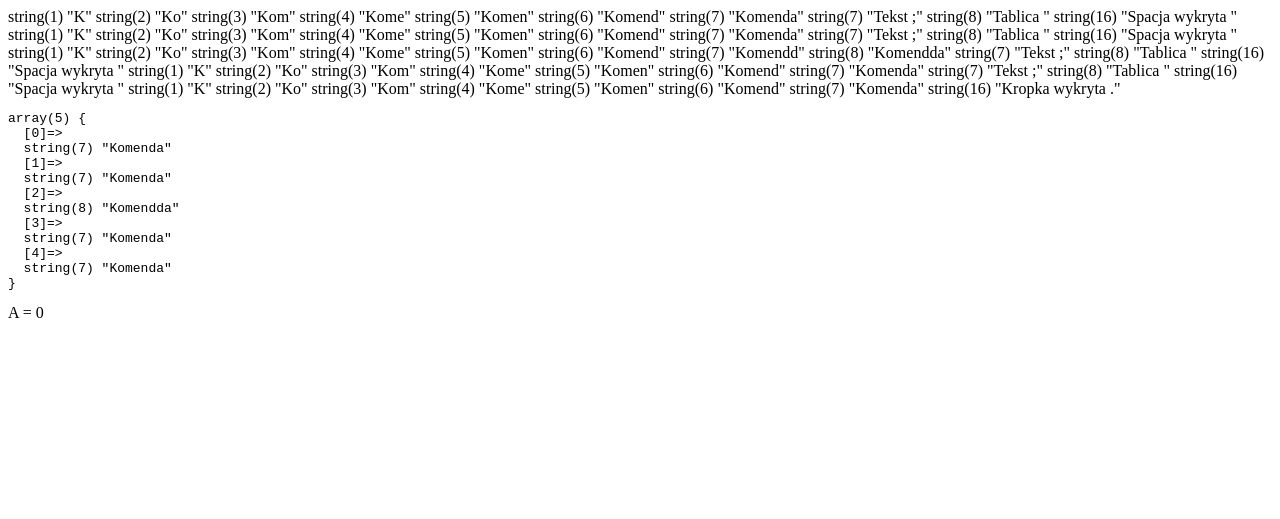
Repository: mahoone/revising_php
Page: http://localhost/Config.php
These files come from the project's save history. The page is drawn as it stood at one moment and after the next save; the edit follows.
The browser window is 1280 px wide. The pictures show the whole page.
The page is run by PHP 8.4 with error messages shown; the project is at /var/www/html/.

Above is the page before, as saved 2020-06-03 08:49:07.

### Config.php
<?php

$tekst = 'Komenda; Komenda; Komendda; Komenda; Komenda. To juz pomojamy.';
$tablica = array(0 => '');
$t = 0;

for($i = 0; $i < strlen($tekst); $i++)
{
   switch($tekst[$i])
   {
        case ' ':
            var_dump('Spacja wykryta '.$tekst[$i]);
            continue 2;
        case '.':
            var_dump('Kropka wykryta '.$tekst[$i]);
            break 2;
        case ';':
            $t++;
            $tablica[$t] = '';
            var_dump('Tekst '.$tekst[$i]);
            var_dump('Tablica '.$tablica[$t]);
            break;
        default:
            $tablica[$t] = $tablica[$t].$tekst[$i];
            var_dump ($tablica[$t]);
   }
}

echo '<pre>';
var_dump($tablica);
echo '</pre>';


$a = 0;


if(isset($a)) {
    echo 'A = 0';
}
elseif($a == 1) {
    echo 'A nie rowna sie 0';
}
else
{
    echo 'a nie rowna sie 1 ani 0';
}

After the next save:
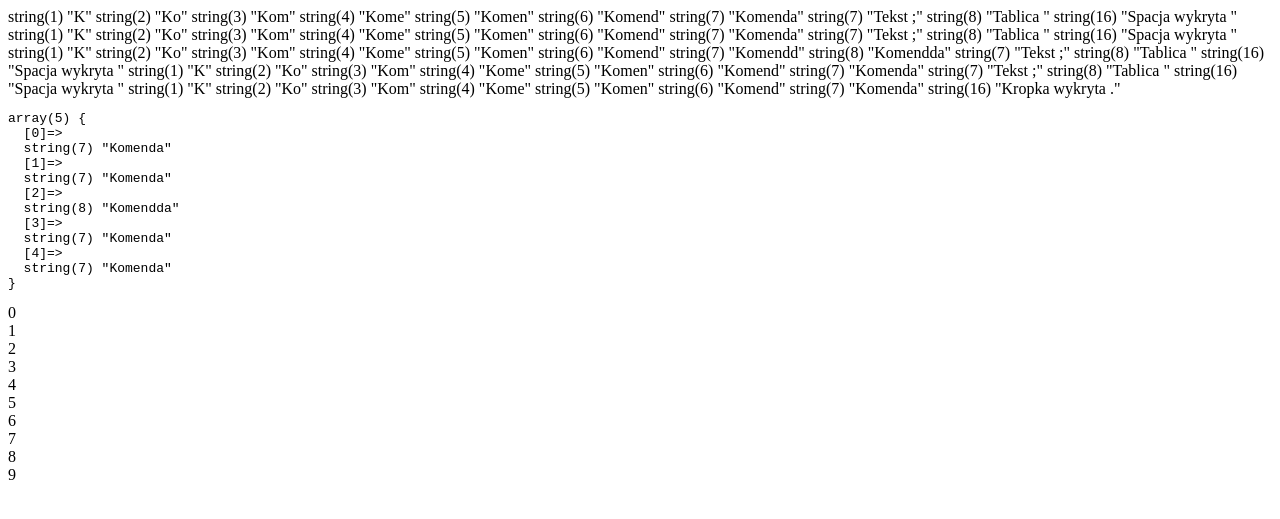
Saved 3 min 21 s later.
--- a/Config.php
+++ b/Config.php
@@ -31,16 +31,7 @@ var_dump($tablica);
 echo '</pre>';
 
 
-$a = 0;
-
-
-if(isset($a)) {
-    echo 'A = 0';
+for($i = 0; $i < 10; $i++)
+{
+    echo $i.'<br/>';
 }
-elseif($a == 1) {
-    echo 'A nie rowna sie 0';
-}
-else
-{
-    echo 'a nie rowna sie 1 ani 0';
-}
